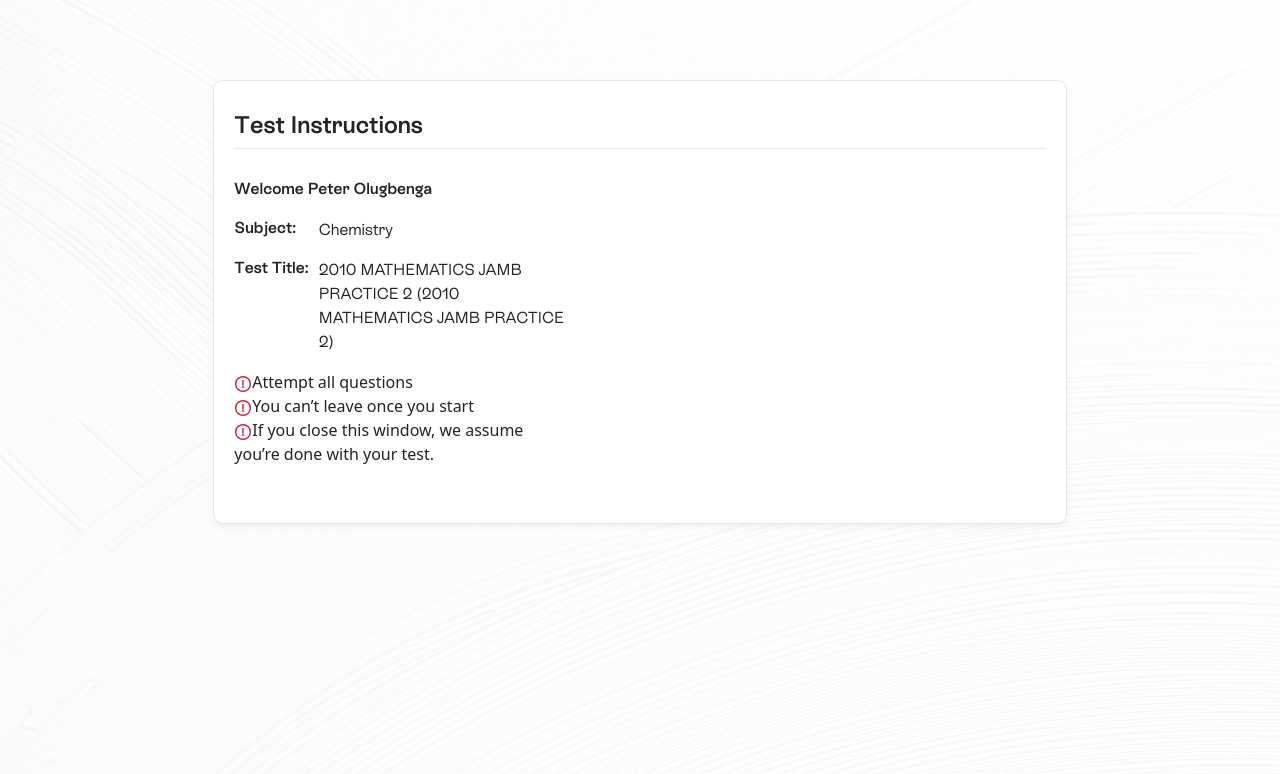
Repository: sarahnnanyelugo/educare-cbt
Page: /test-instructions
An editor plug-in stored every save of this project. The page is shown before and after the next save, followed by the edit.
The browser window is 1280 px wide. The pictures show the whole page.
The project was rebuilt for these pictures with package versions that can differ from the ones it lists, and the page was loaded fresh each time. Also part of the build but not shown: src/components/Form/Form.js, src/pages/AuthenticationPage/auth.scss, src/pages/AuthenticationPage/AuthenticationPage.js, src/components/Exams/exams.scss, src/components/TestModal/test-modal.scss, src/components/TestModal/TestModal.js, src/components/Exams/Exams.js, src/TestData/examsData.js and 3 more. Imported but missing from the stored project, and not drawn on this page: src/components/Form/Password, src/components/GoogleButton/GoogleButton.

Above is the page before, as saved 2023-11-05 03:29:26.

After the next save:
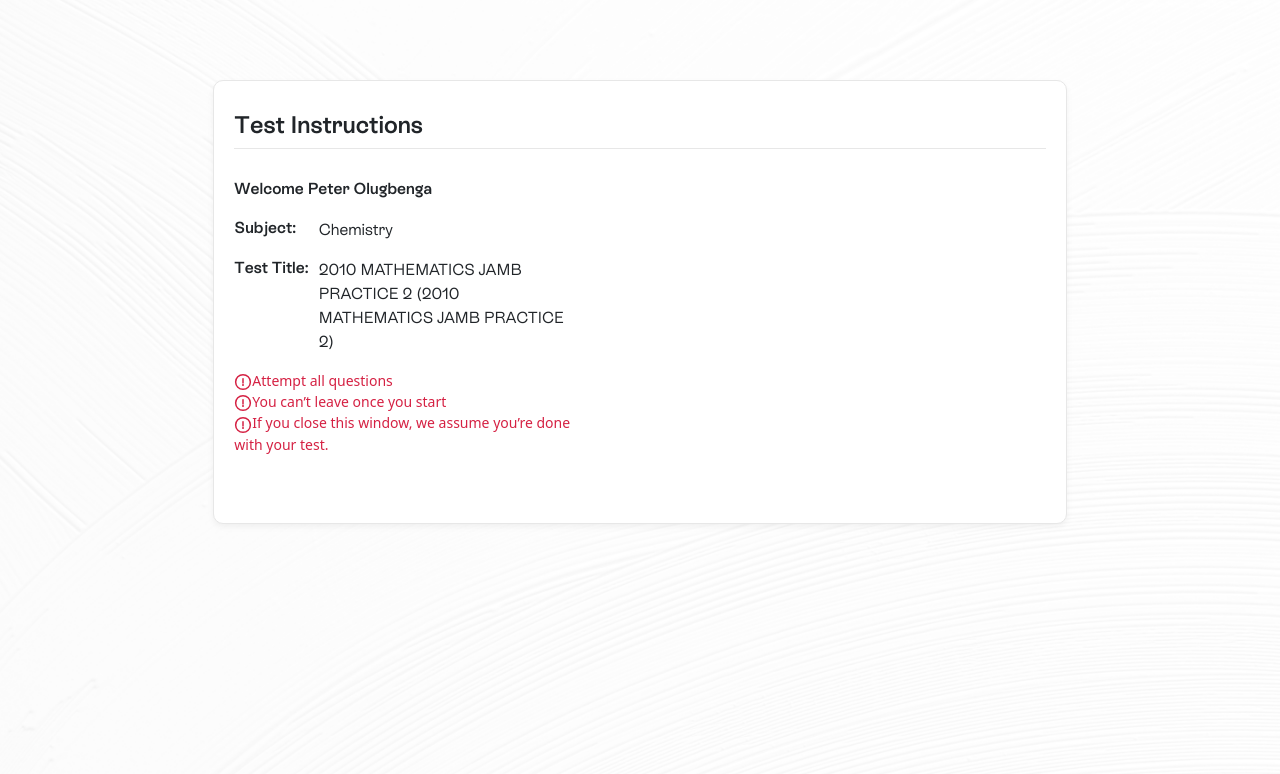
Saved 61 s later.
--- a/src/pages/TestInstructions/test-instructions.scss
+++ b/src/pages/TestInstructions/test-instructions.scss
@@ -24,5 +24,9 @@
         font-size: 16px;
       }
     }
+    ul li {
+      color: #d52143;
+      font-size: 14px;
+    }
   }
 }
